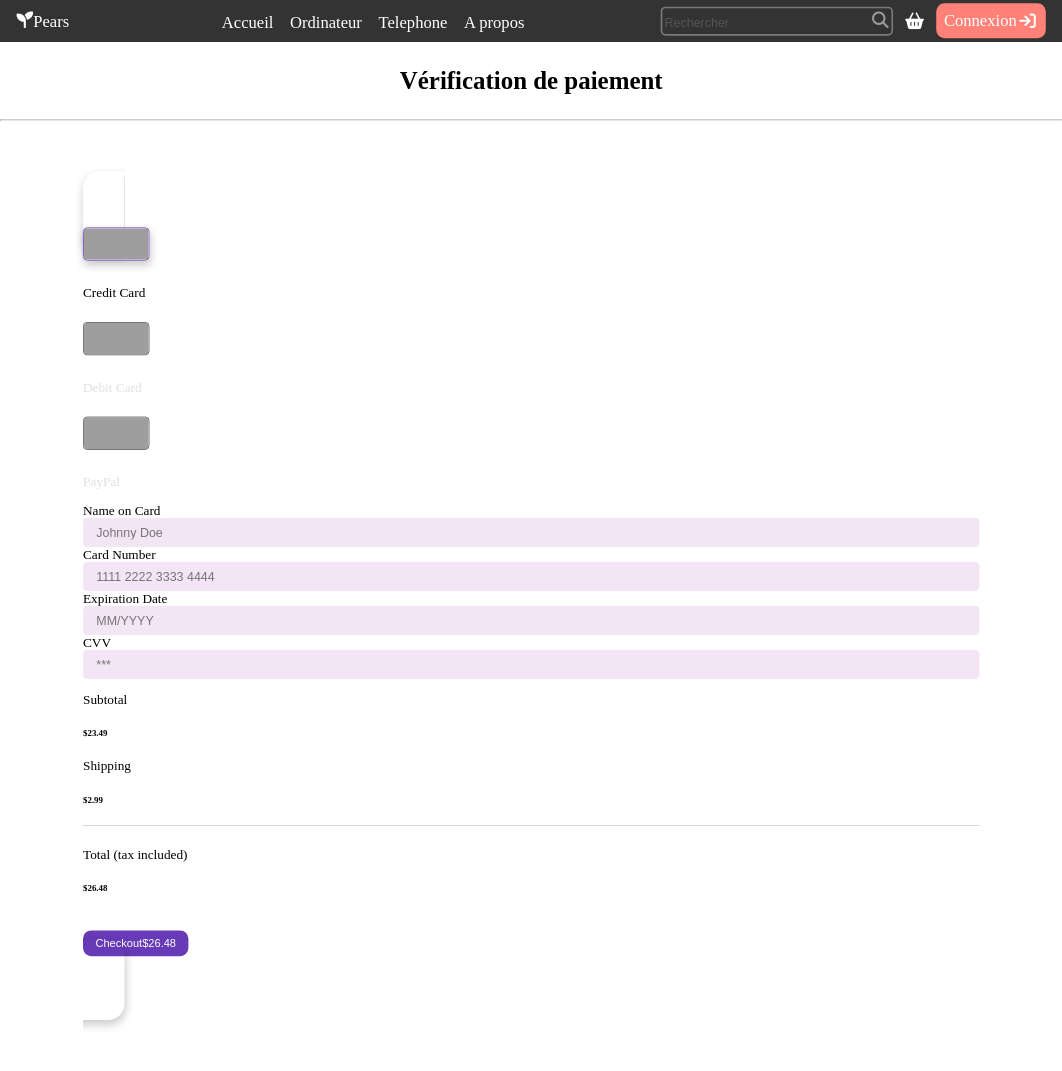
Repository: Kakouuu/PPE1-iPear
Page: http://localhost/Stage/verifpaiement.php
An editor plug-in stored every save of this project. The page is shown before and after the next save, followed by the edit.
The browser window is 1280 px wide. The pictures show the whole page, at 83% of full size.
Pictures or frames that could not be fetched are drawn as grey boxes. Some web libraries are served in a nearby version. The page is run by PHP 8.4 with error messages shown; the project is at /var/www/html/.

Above is the page before, as saved 2023-04-28 16:18:46.

After the next save:
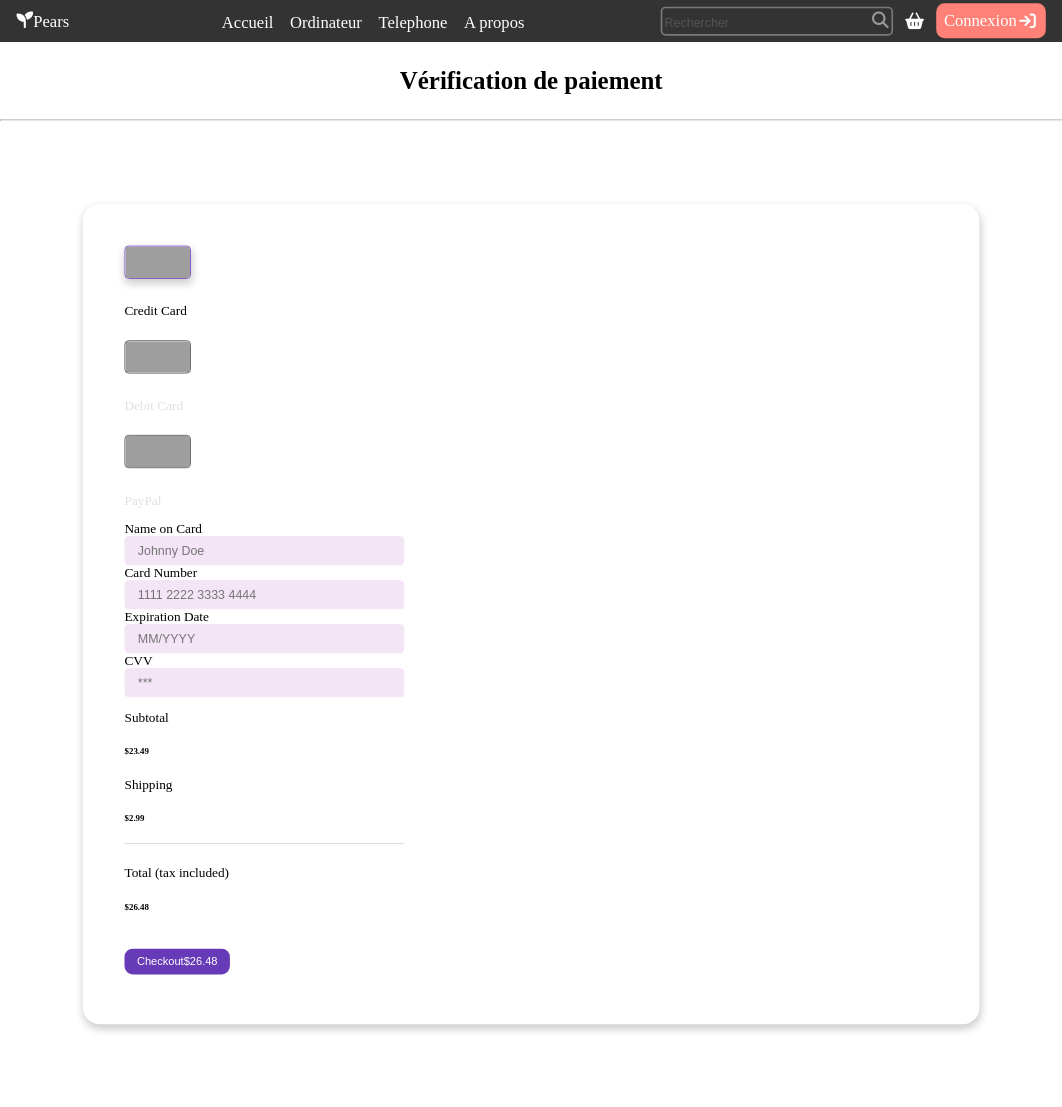
Saved 5 min 17 s later.
--- a/verifpaiement.php
+++ b/verifpaiement.php
@@ -26,7 +26,7 @@
 
     <div class="row justify-content-center" style="margin:100px">
         <div class="col-lg-12">
-            <div class="card" style="display : inline;">
+            <div class="card" style="display : flex;">
                 <div class="row">
                     <div class="col-lg-3 radio-group">
                         <div class="row d-flex px-3 radio"> <img class="pay" src="https://i.imgur.com/WIAP9Ku.jpg">
